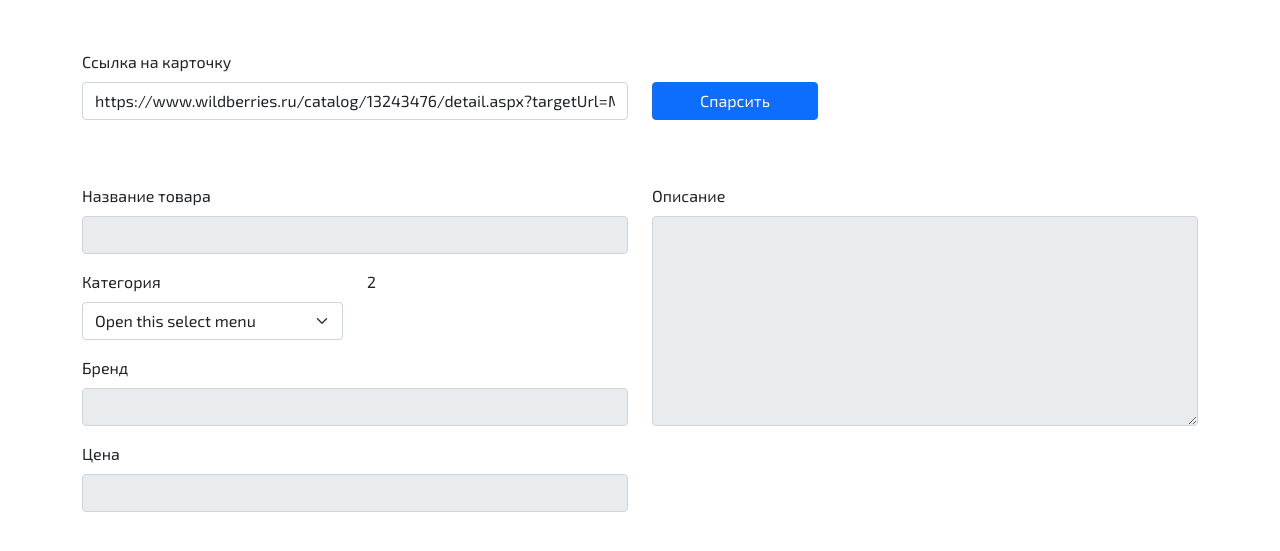
Repository: yozuul/wildberries-product-card-parser-api-exchange
Page: public/panel.html
An editor plug-in stored every save of this project. The page is shown before and after the next save, followed by the edit.
The browser window is 1280 px wide. The pictures show the whole page.

Above is the page before, as saved 2021-08-19 19:47:55.

After the next save:
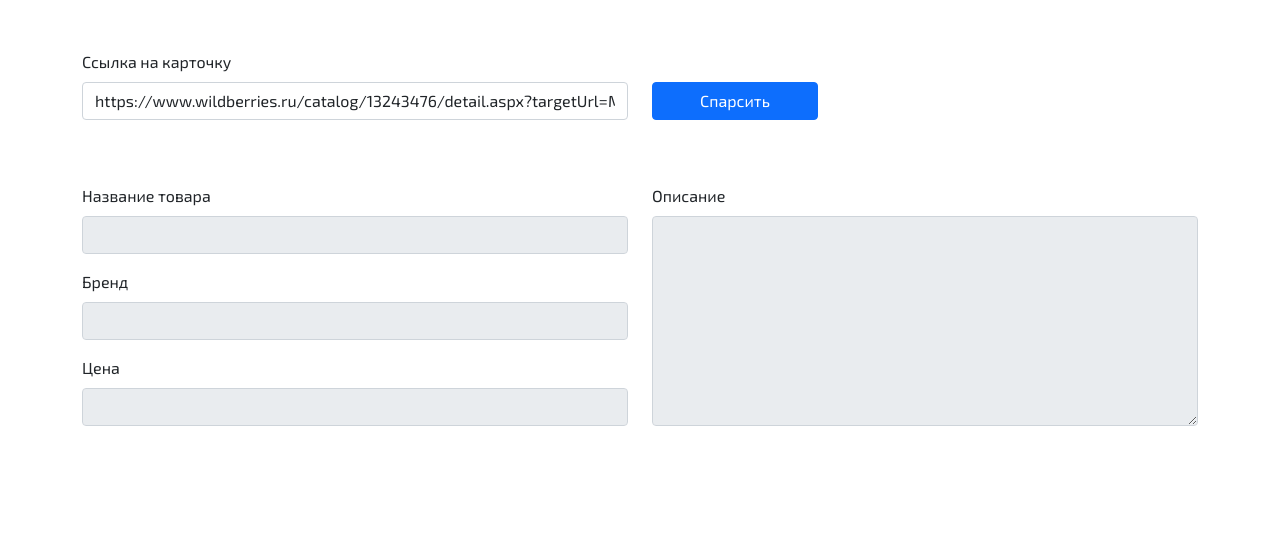
Saved 83 s later.
--- a/public/panel.html
+++ b/public/panel.html
@@ -47,10 +47,10 @@
                <input type="text" class="form-control" id="productName" readonly>
             </div>
 
-            <div class="row mb-3 productCategoryWrapper">
+            <div id="productCategoryWrapper" class="row mb-3 dn">
                <div class="col-6">
                   <label for="productCategory" class="form-label">Категория</label>
-                  <select class="form-select">
+                  <select id="productCategory" class="form-select">
                      <option selected>Open this select menu</option>
                      <option value="1">One</option>
                      <option value="2">Two</option>
